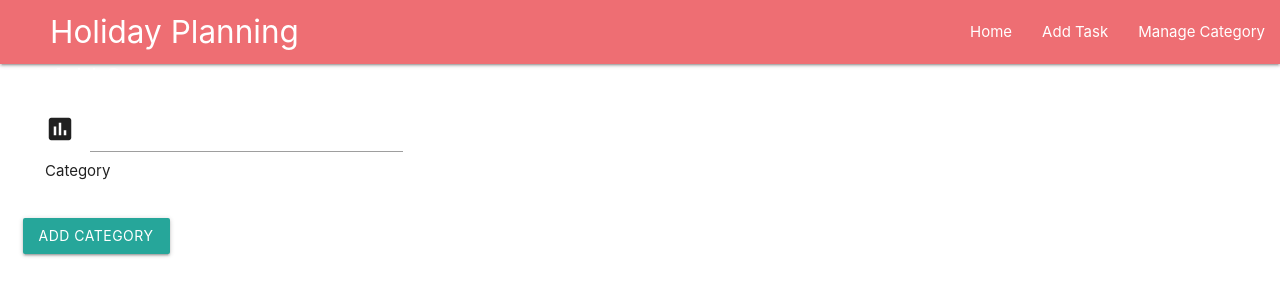
Repository: Code-Institute-Submissions/Project3-Holiday_Planning
Page: http://localhost/add_category
The author's editor kept a record of every edit. The page is drawn from the files as they stood at one moment, then again after the next edit.
The browser window is 1280 px wide. The pictures show the whole page.
Some web libraries are served in a nearby version. The page is served by the project's application, run on Flask 3 (app.py).

Above is the page before.

### templates/addCategory.html
{% extends 'layout.html' %} {% block content %}


<div class="add_category">
    <h5>Add Category</h5>
</div>


<div class="row">
    <div class='col left_margin'></div>
    <div class='col s11'>
    <div class="row to_do">
    <form action ="{{url_for('insert_category')}}" method="POST" class="col s12>


    <div class="row">
        <div class="input-field col s12">
            <i class="material-icons prefix">poll</i>
            <input id = "category_name" name="category_name" type="text" class="validate"
            <label for="category_name">Category</label>
        </div>
    </div>

    <div class="row">
        <button class="waves-effect waves-light btn" type="submit" name="action">Add Category</button>
    </div>

    </form>
    </div>
</div>

{% endblock%}

### templates/layout.html
<!DOCTYPE html>
<html>

<head>
        <link href="https://fonts.googleapis.com/icon?family=Material+Icons" rel="stylesheet">
        <link rel="stylesheet" href="https://cdnjs.cloudflare.com/ajax/libs/materialize/1.0.0/css/materialize.min.css">
        <link rel="stylesheet" href="{{url_for('static', filename='css/style.css')}}" type="text/css"/>
</head>


<body>
    <header>
        <nav>
            <div class="nav-wrapper">
                <a href="{{url_for('get_tasks')}}" class="brand-logo">Holiday Planning</a>
                <a href="#" data-activates="mobile-demo" class="sidenav-trigger"><i class="material-icons">menu</i></a>

                <ul id="nav-mobile" class="right hide-on-med-and-down">
                    <li><a href="{{url_for('get_tasks')}}">Home</a></li>
                    <li><a href="{{url_for('add_task')}}">Add Task</a></li>
                    <li><a href="{{url_for('get_category')}}">Manage Category</a></li>
                </ul>

                <!--extended hamburger navbar added for mobile-->
                <ul class="sidenav" id="mobile-demo">

                    <li><a href="{{url_for('get_tasks')}}">Home</a></li>
                    <li><a href="{{url_for('add_task')}}">Add Task</a></li>
                    <li><a href="{{url_for('get_category')}}">Manage Category</a></li>
                </ul>
            </div>
        </nav>
    </header>

    <div>
        {% block content %} {% endblock %}
    </div>


    <!--<script src="https://cdnjs.cloudflare.com/ajax/libs/jquery/3.4.1/jquery.min.js"></script>-->
   <script <script type="text/javascript" src="https://code.jquery.com/jquery-2.1.1.min.js"></script>
    <script src="https://cdnjs.cloudflare.com/ajax/libs/materialize/1.0.0/js/materialize.min.js"></script>

    <!--to perform the collapsible, datepicker and select option function-->
    <script type="text/javascript">
        $(document).ready(function(){
            $('.collapsible').collapsible();
            $('.datepicker').datepicker({
                format:'dd/mm/yyyy'
            });
            $('select').formSelect();
            $('.sidenav').sidenav();

        });

        // $('.datepicker').pickadate({
        //     selectMonths: true, // Creates a dropdown to control month
        //     selectYears: 15, // Creates a dropdown of 15 years to control year,
        //     today: 'Today',
        //     clear: 'Clear',
        //     close: 'Ok',
        //     closeOnSelect: false // Close upon selecting a date,
        // });

        </script>


        {%block extra_js%}{%endblock%}
</body>

</html>

### app.py
import os
from flask import Flask, render_template, redirect, request, url_for
from flask_pymongo import PyMongo
from bson.objectid import ObjectId


app = Flask(__name__)
app.config["MONGO_DBNAME"] = 'holiday_planning'
app.config["MONGO_URI"] = 'mongodb+srv://root:es1234@cluster0-dio8w.mongodb.net/holiday_planning?retryWrites=true&w=majority'
mongo = PyMongo(app)


# Function to display landing page
@app.route('/')
def index():
    return render_template("tasks.html", tasks=mongo.db.tasks.find())


# T1 - Fetch data in mongodb pass it back to tasks.html
@app.route('/get_tasks')
def get_tasks():
    tasks=mongo.db.tasks.find()
    print(tasks)
    return render_template("tasks.html",
                           tasks=tasks)



# T2 & T3 - After add_task, must follow by insert_task
@app.route('/add_task')
def add_task():
    return render_template('addTask.html',
                            category=mongo.db.category.find())


@app.route('/insert_task', methods=['POST'])
def insert_task():
    tasks = mongo.db.tasks
    tasks.insert_one(request.form.to_dict())
    return redirect(url_for('get_tasks'))



# T4 & T5 - After edit_task, must follow by update_task
@app.route('/edit_task/<task_id>')
def edit_task(task_id):
    the_task =  mongo.db.tasks.find_one({"_id": ObjectId(task_id)})
    all_category =  mongo.db.category.find()
    return render_template('editTask.html', task=the_task,
                           category=all_category)


@app.route('/update_task/<task_id>', methods=["POST"])
def update_task(task_id):
    tasks = mongo.db.tasks
    tasks.update( {'_id': ObjectId(task_id)},
    {
        'category_name':request.form.get('category_name'),
        'task_name':request.form.get('task_name'),
        'task_description': request.form.get('task_description'),
        'person_in-charge': request.form.get('person_in-charge'),
        'website': request.form.get('website'),
        'due_date': request.form.get('due_date'),
        'is_urgent':request.form.get('is_urgent')
    })
    return redirect(url_for('get_tasks'))


# T6 - Delete task from the get_tasks page
@app.route('/delete_task/<task_id>')
def delete_task(task_id):
    mongo.db.tasks.remove({'_id': ObjectId(task_id)})
    return redirect(url_for('get_tasks'))



# CATEGORY

# C1 - Function to fetch all our data in mongodb pass it back to category.html
@app.route('/get_category')
def get_category():
    return render_template("category.html",
                            category=mongo.db.category.find())



# C2 & C3 - After add_category, must follow by insert_category
@app.route('/add_category')
def add_category():
    return render_template('addCategory.html')


@app.route('/insert_category', methods=['POST'])
def insert_category():
    category_doc = {'category_name': request.form.get('category_name')}
    mongo.db.category.insert_one(category_doc)
    return redirect(url_for('get_category'))



# C4 & C5 - After edit_category, must follow by update_category
@app.route('/edit_category/<category_id>')
def edit_category(category_id):
    return render_template('editCategory.html',
    category=mongo.db.category.find_one({'_id': ObjectId(category_id)}))


@app.route('/update_category/<category_id>', methods=['POST'])
def update_category(category_id):
    mongo.db.category.update(
        {'_id': ObjectId(category_id)},
        {'category_name': request.form.get('category_name')})
    return redirect(url_for('get_category'))



# C6 - Delete category from the Manage Category page
@app.route('/delete_category/<category_id>')
def delete_category(category_id):
    mongo.db.category.remove({'_id': ObjectId(category_id)})
    return redirect(url_for('get_category'))



# Boiler plate - must include at the end of app.py
if __name__ == '__main__':
    app.run(host=os.environ.get('IP'),
            port=int(os.environ.get('PORT')),
            debug=True)

### static/css/style.css
/*tasks.html*/

.all_task_navi{
    margin-bottom: 0px;
}


.allTask,
.addTask,
.category{
    /*color: white;*/
    height:50px;
    background-color: #f5a3a7;
    vertical-align: baseline;
    padding-top: 10px;
    margin-bottom: 0px;
    padding-bottom: 50px;
}



/*category*/
.ul_style {
   margin: 0px;
}


.btn_small {
    height: 24px;
    width: 60px;
    line-height: 24px;
    margin: 5px 100px;
    padding: 0px 100px;
}


/*Add Task Page*/
.submit_btn{
    margin-left: 200px;
}




.divider{
    width:10px;
    border:none;

}


.task_name{
   padding: 50px 0px 0px 0px;
}


.nav-wrapper,
h5{
    margin: 0px;
    padding:0px 0px 0px 50px;
    color: white;
}

After the next edit:
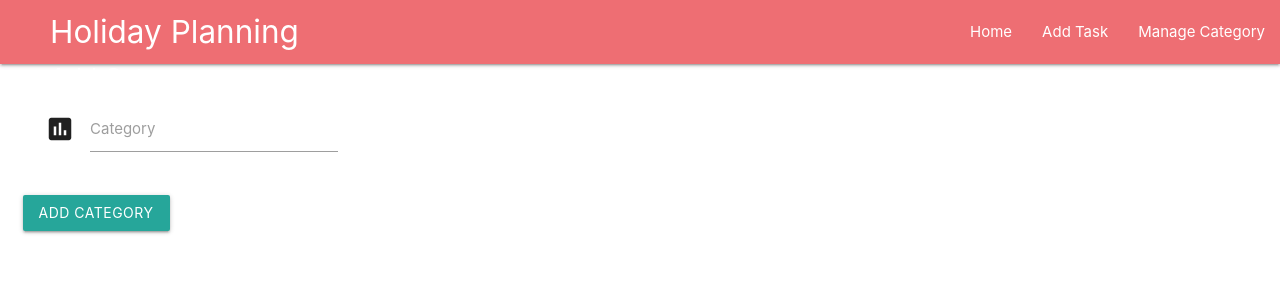
The edit:
--- a/templates/addCategory.html
+++ b/templates/addCategory.html
@@ -16,7 +16,7 @@
     <div class="row">
         <div class="input-field col s12">
             <i class="material-icons prefix">poll</i>
-            <input id = "category_name" name="category_name" type="text" class="validate"
+            <input id = "category_name" name="category_name" type="text" class="validate">
             <label for="category_name">Category</label>
         </div>
     </div>
